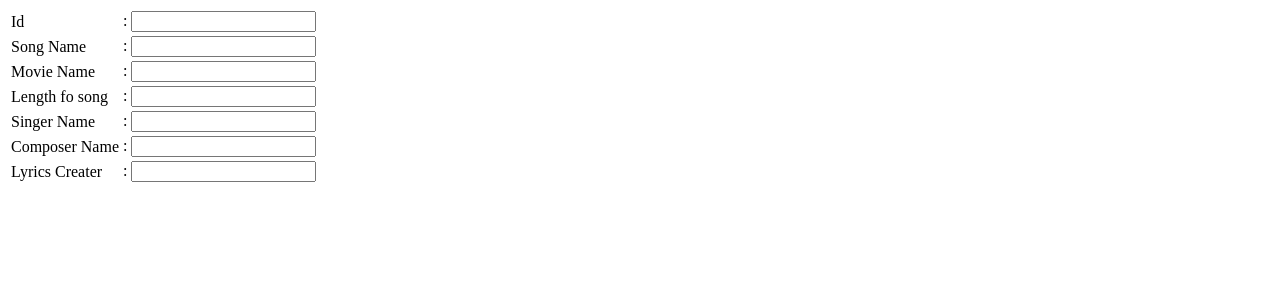
Repository: vishaltawar/J2EE-WEJE-2
Page: http://localhost/musicjsp/songInsert.jsp
An editor plug-in stored every save of this project. The page is shown before and after the next save, followed by the edit.
The browser window is 1280 px wide. The pictures show the whole page.
The page is served by Tomcat 9.

Above is the page before, as saved 2022-12-18 12:07:51.

After the next save:
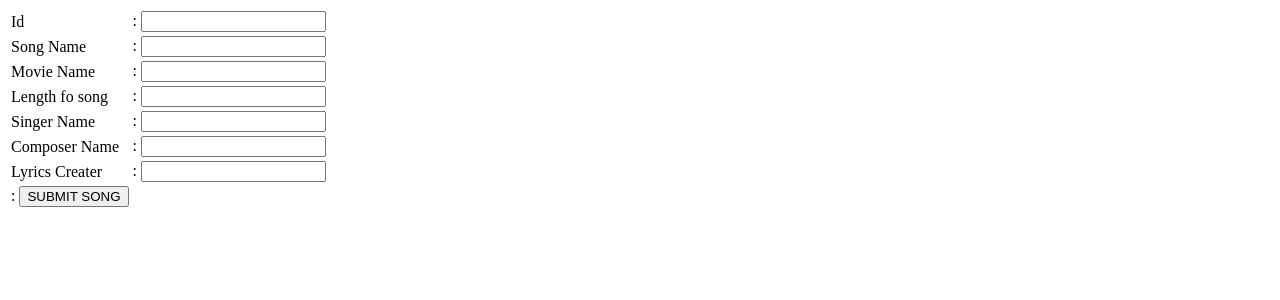
Saved 3 min 22 s later.
--- a/musicjsp/src/main/webapp/songInsert.jsp
+++ b/musicjsp/src/main/webapp/songInsert.jsp
@@ -39,6 +39,10 @@
 				<td>Lyrics Creater</td>
 				<td>: <input type="text" name="length"></td>
 			</tr>
+			<tr>
+
+				<td>: <input type="submit" value="SUBMIT SONG"></td>
+			</tr>
 
 		</table>
 
